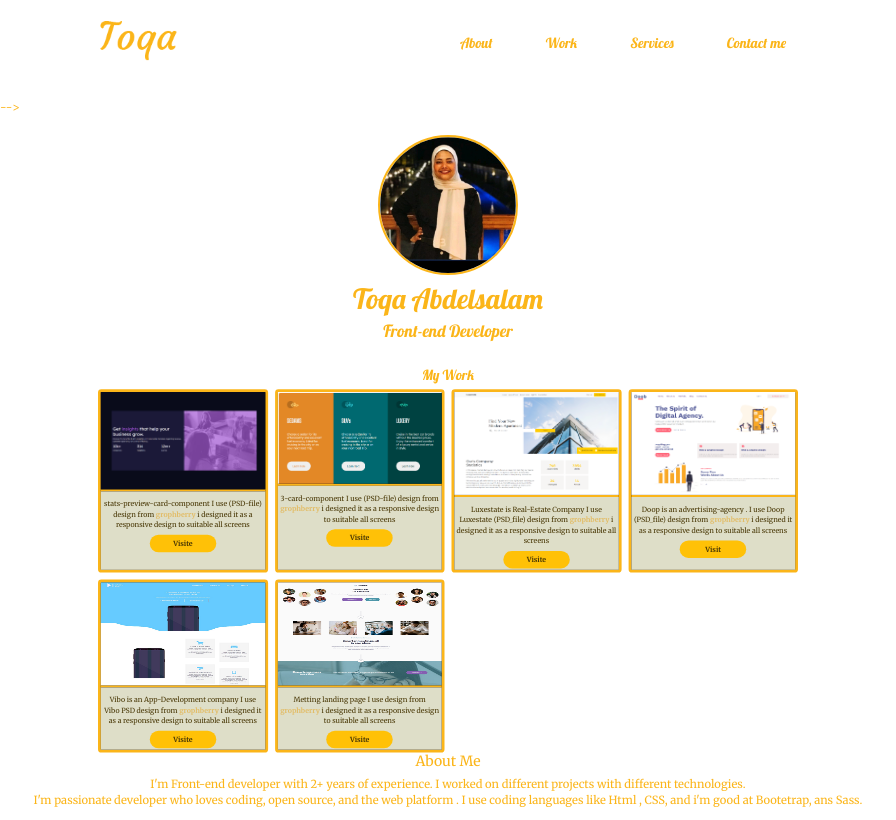
Repository: Toqa-25/portfolio
Page: index.html
These files come from the project's save history. The page is drawn as it stood at one moment and after the next save; the edit follows.
The browser window is 1280 px wide. The pictures show the part of the page from y = 0 to 1920 px (the page is 1171 px tall before and 6640 px after), at 70% of full size.
Some web fonts or font styles are not loaded; a fallback is used.

Above is the page before, as saved 2021-10-31 16:54:38.

### index.html
<!DOCTYPE html>
<html lang="en">
<head>
    <meta charset="UTF-8">
    <meta http-equiv="X-UA-Compatible" content="IE=edge">
    <meta name="viewport" content="width=device-width, initial-scale=1.0">
    <title>Toqa Portfolio</title>
      <!-- bootstrap file -->
      <link rel="stylesheet" href="css/all.min.css">
      <link rel="stylesheet" href="css/bootstrap.css">
      <!-- css file -->
      <link rel="stylesheet" href="css/style.css">
      <!-- fonts -->
      <link rel="preconnect" href="https://fonts.googleapis.com">
<link rel="preconnect" href="https://fonts.gstatic.com" crossorigin>
<link href="https://fonts.googleapis.com/css2?family=Lobster&family=Otomanopee+One&display=swap" rel="stylesheet">
<link rel="preconnect" href="https://fonts.googleapis.com">
<link rel="preconnect" href="https://fonts.gstatic.com" crossorigin>
<link href="https://fonts.googleapis.com/css2?family=Merriweather:ital,wght@0,300;0,400;0,700;0,900;1,300;1,400;1,700;1,900&display=swap" rel="stylesheet">
<link rel="preconnect" href="https://fonts.googleapis.com">
<link rel="preconnect" href="https://fonts.gstatic.com" crossorigin>
<link href="https://fonts.googleapis.com/css2?family=Bebas+Neue&family=Oswald:wght@200;300;400;500;600;700&display=swap" rel="stylesheet">
</head>
<body>
        <!-- header section -->
    <header class="pad">
       <div class="container">
         <div class="header-content">
           <div class="header-logo">
             <img src="images/logo.png" alt="logo">
           </div>
           <div class="bar">
             <svg xmlns="http://www.w3.org/2000/svg" width="35" height="35" fill="#fbb519" class="bi bi-list" viewBox="0 0 16 16">
               <path fill-rule="evenodd" d="M2.5 12a.5.5 0 0 1 .5-.5h10a.5.5 0 0 1 0 1H3a.5.5 0 0 1-.5-.5zm0-4a.5.5 0 0 1 .5-.5h10a.5.5 0 0 1 0 1H3a.5.5 0 0 1-.5-.5zm0-4a.5.5 0 0 1 .5-.5h10a.5.5 0 0 1 0 1H3a.5.5 0 0 1-.5-.5z"/>
             </svg>
              <ul class="hidden-list unlist list">
              <li>About</li>
              <li>Work</li>
              <li>Services</li>
              <li>Contact me</li>
              <li>Reviews</li>
            </ul>
           </div>
           <div class="header-nav">
             <ul class="list unlist">
                 <li>About</li>
                 <li>Work</li>
                 <li>Services</li>
                 <li>Contact me</li>
                 <!-- <li>Reviews</li> -->
             </ul>

           </div>
         </div>
         </div>
        </header><!-- end header section -->
       <!-- <div role="bar">
      <ul class="hidden-bar">
        <li>About</li>
        <li>Work</li>
        <li>Services</li>
        <li>Contact me</li>
         <li>Reviews</li>
       </ul>
      </div> -->
    <!-- </nav> --> -->

    <!-- information  section -->
    <section  class="inform pad">
      <div class="main-inform " role="main">
        <div class="inform-info">
        <img src="images/toqa.jpg" alt=""><br>
        <h1>Toqa Abdelsalam</h1>
        <h4>Front-end Developer</h4>
      </div>
      </div>
    </section>

      <section class="section container work">
      <h5>My Work</h5>
      <div class="card-groups">
      <div class="project card" role="menu">
        <img src="images/toqa-25.github.io_stats-preview-card-component-main_.png" alt="">
        <p>stats-preview-card-component
      I use  (PSD-file) design from <span> <a href="https://www.frontendmentor.io/">grophberry</a></span>
  i designed it as a responsive design to suitable all screens <br>
  <button><a href="https://toqa-25.github.io/stats-preview-card-component-main/">Visite</a></button>
 </p>
 </div>
      <div class="project card" role="menu">
        <img src="images/toqa-25.github.io_3-cards-component3_.png" alt="">
        <p>3-card-component
      I use (PSD-file) design from <span> <a href="https://www.frontendmentor.io/">grophberry</a></span>
  i designed it as a responsive design to suitable all screens <br>
  <button><a href="https://toqa-25.github.io/3-cards-component/">Visite</a></button>
 </p>
 </div>
      <div class="project card" role="menu">
          <img src="images/destop-luxestate - Copy (1).png" alt="">
          <p>Luxestate is Real-Estate Company
        I use Luxestate (PSD_file) design from <span> <a href="https://www.graphberry.com/">grophberry</a></span>
    i designed it as a responsive design to suitable all screens <br>
    <button><a href="https://toqa-25.github.io/luxstate-project-/">Visite</a></button>
   </p>
   </div>
      <div class="project card" role="menu">
          <img src="images/web_design.png" alt="">
          <p>Doop is an advertising-agency .
        I use Doop (PSD_file) design from <span> <a href="https://www.graphberry.com/">grophberry</a></span>
    i designed it as a responsive design to suitable all screens <br>
    <button><a href="https://toqa-25.github.io/simply-agency/">Visit </a></button>
   </p>
   </div>
      <div class="project card" role="menu">
        <img src="images/Vibo_App(desktop)_toqa-25.github.io2.png" alt="">
          <p>Vibo is an App-Development company
        I use Vibo PSD design from <span> <a href="https://www.graphberry.com/">grophberry</a></span>
    i designed it as a responsive design to suitable all screens <br>
    <button><a href="https://toqa-25.github.io/vibo-app/">Visite</a></button>
   </p>
   </div>
   <div class="project card" role="menu">
    <img src="images/toqa-25.github.io_landing-meeting-page_desktop.png" alt="">
    <p>Metting landing page
  I use  design from <span> <a href="https://www.frontendmentor.io/">grophberry</a></span>
i designed it as a responsive design to suitable all screens <br>
<button><a href="https://toqa-25.github.io/landing-meeting-page/">Visite</a></button>
</p>
</div>
   </div>
      </section>

      <section class="section about">

          <h5>About Me</h5>
      <p> I'm Front-end developer with 2+ years of experience. I worked on different projects with different technologies. <br>
       I'm passionate developer who loves coding, open source, and the web platform .
       I use coding languages like Html , CSS, and i'm good at Bootetrap, ans Sass. </p>
      </section>

</body>
</html>

### css/style.css
/*
    public style
***********************
*/
:root{
    --main-color:#fbb519;
    --section-padding:30px;
}
* , *:after , *:before{
    box-sizing: border-box;
    margin: 0;
    padding: 0;
}
body{
    font-family: 'Merriweather', serif;
    color:var(--main-color);
}
.pad{
    padding: var(--section-padding) 0;
}
.container
{
  width: 80%;
  margin:auto;
}
 .pad h5{
    text-align: center;
    font-family: 'Lobster';
    margin-bottom: 15px;
 }
 .unlist{
     list-style: none;
 }
/*
    header style
***********************
*/
 header{
    font-family: 'Lobster', cursive;
 }
 .header-content{
    display: flex;
}
.header-logo{
    width:50%;
}
.bar{
    display: none;
    width: 50%;
    margin: auto;
    text-align: center;
}
.header-nav{
    width:50%;
    display: flex;
 }
 .header-nav .list{
     width: 100%;
     display: flex;
     justify-content: space-between;
     align-items: center;
     padding: 17px;
 }
  .list li{
     font-size: 20px;
     transition: .2s;
     -webkit-transition: .2s;
     -moz-transition: .2s;
     -ms-transition: .2s;
     -o-transition: .2s;
    }
     .list li:hover{
        border-bottom: 2px solid var(--main-color);
    }
    .hidden-list{

    }
 .header-nav .list{
 }


  nav img{
     margin-top:10px;
 }
 nav .list{
     width: 50%;
    margin-top:20px;
    list-style: none;
    color:var(--main-color);
    display: flex;
    justify-content: space-evenly;
    cursor: pointer;
    font-size: 20px;
 }


.bar{
     position: relative;
 }
  .hidden-bar {
     display: block;
     color:var(--main-color);
     position: absolute;
    top: 25px;
    left: 45px;
     background-color: #f5f5dc91;
     list-style: none;
     border-radius: 8px;
     padding: 10px;

 }
/* media quary for header*/
 @media (max-width: 991px){
   .header-nav {
      display: none;
  }
  .bar{
      display: flex;
  }
  /* div{
      display: block;
      padding: 15px;
  } */
  .main-inform  h2{
    font-size: 20px;
    line-height: 2rem;
  }
  .main-inform img{
    width: 100px;
    height: 100px;
 }
}
 @media (min-width: 768px){
     /* nav div{
         display: none;

     } */
 }


 /* .hidden-bar{
    display: none;

} */
.hidden-bar li:hover{
 padding: 5px;
 font-size: 25px;
}
/*
    my image style
***********************
*/

 .main-inform{
    color: var(--main-color);
    text-align: center;
    /* background-image: url(../images/mohammad-rahmani-8qEB0fTe9Vw-unsplash.jpg); */
    height: 300px;
    display: flex;
    align-items: center;
    justify-content: center;
    /* font-family: 'Bebas Neue', cursive; */
     /* font-family: 'Oswald', sans-serif; */
     font-family: 'Lobster', cursive;


 }
 .main-inform img{
     width: 200px;
     height: 200px;
     border:3px solid;
     border-radius: 50%;
     -webkit-border-radius: 50%;
     -moz-border-radius: 50%;
     -ms-border-radius: 50%;
     -o-border-radius: 50%;
     margin-bottom: 10px;
}
 h2{
    color: #dad3d3;
    text-transform: uppercase;
    line-height: 3rem;
 }
 span{
     color:var(--main-color)
 }
 .card-groups{
     display: grid;
    grid-template-columns:repeat(4,1fr);
    gap:10px;
 }
 .work h5{
    text-align: center;
    font-family: 'Lobster';
 }
.card {
    width: 100%;
    height: 100%;
    position: relative;
    display: flex;
    flex-direction: column;
    min-width: 0;
    word-wrap: break-word;
    background-color: black;
    background-clip: border-box;
    border: 4px solid var(--main-color);
    border-radius: 0.3rem;
}

.card img{
    max-width:100%;
    max-height: 150px;
    border-bottom: 3px solid;
}
.card img:hover{
   transform: scale(1.1);
   -webkit-transform: scale(1.1);
   -moz-transform: scale(1.1);
   -ms-transform: scale(1.1);
   -o-transform: scale(1.1);
}
.card p{
    margin-bottom: 1rem;
    background-color: black;
    font-size: 10px;
    padding: 2px;
    margin: 0px;
    margin-top: 0px;
    width: 100%;
    height: 100%;
    text-align: center;
    color:#483705;
    background-color: #f5f5dce8;
    padding-top: 10px;

}
.card p a{
    text-decoration: none;
    color: #e2bc66;
    font-weight: bolder;
}
.card p:hover{

}

.card button{
    width: 95px;
    text-align: center;
    background-color: #ffc107;
    border: none;
    border-radius: 15px;
    padding: 5px;
    margin-top: 7px;
}
.card button:hover{
    width:120px;
    padding: 10px;
}
.card button a{
    text-decoration: none;
    color: #483705;
}

.about{
    text-align: center;

}

/*
           media quary style
    ***************************************
        //extra small devices @media (maxwidth:575px)
        //small devices @media (maxwidth:767px)
        //medium devices @media (maxwidth:991px)
        //large devices @media (maxwidth:1199px)
*/

Loaded but not shown: css/all.min.css (library); css/bootstrap.css (library)

After the next save:
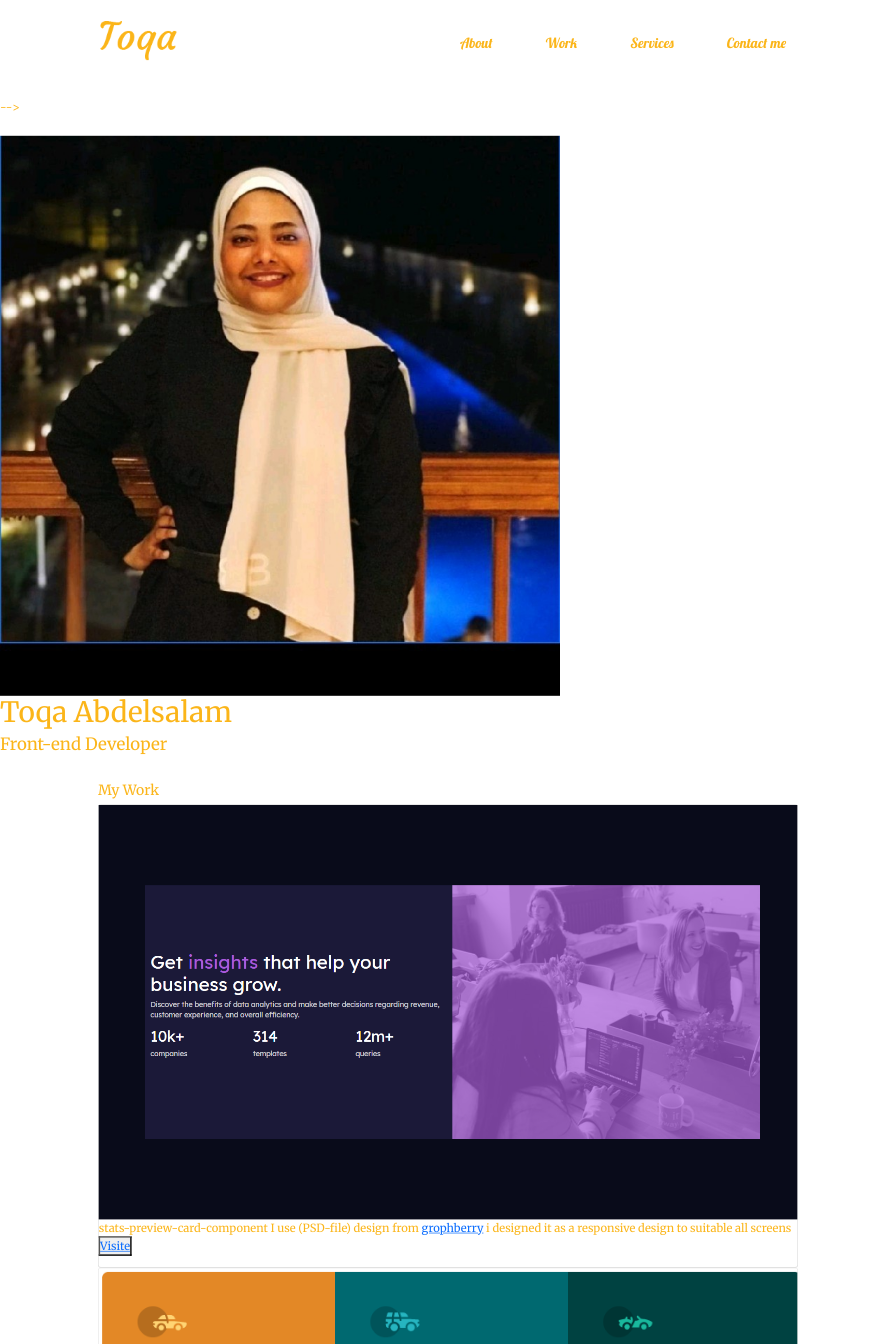
Saved 15 s later.
--- a/css/style.css
+++ b/css/style.css
@@ -73,8 +73,7 @@ body{
         border-bottom: 2px solid var(--main-color);
     }
     .hidden-list{
-
-    }
+         background-color: #f5f5dc91;
  .header-nav .list{
  }
 

After the 4 saves that followed:
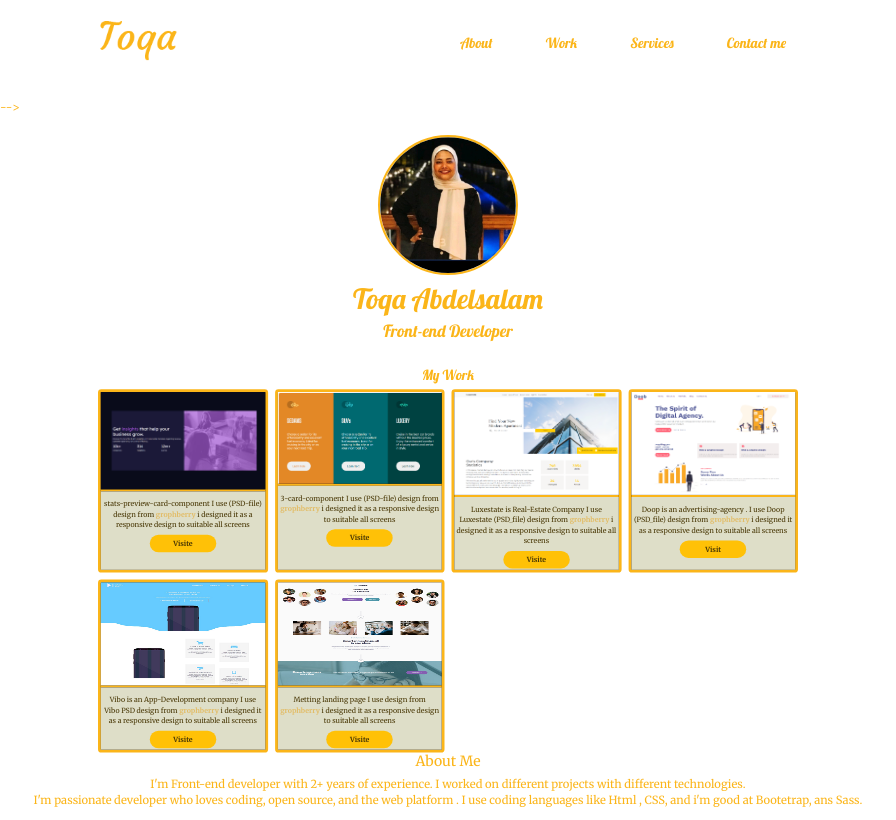
The 4 saves are shown as one change because 1 left the picture as it was and some came seconds apart.
The last was saved 22 s later.
--- a/css/style.css
+++ b/css/style.css
@@ -74,6 +74,8 @@ body{
     }
     .hidden-list{
          background-color: #f5f5dc91;
+         padding: 10px;
+    }
  .header-nav .list{
  }
 
